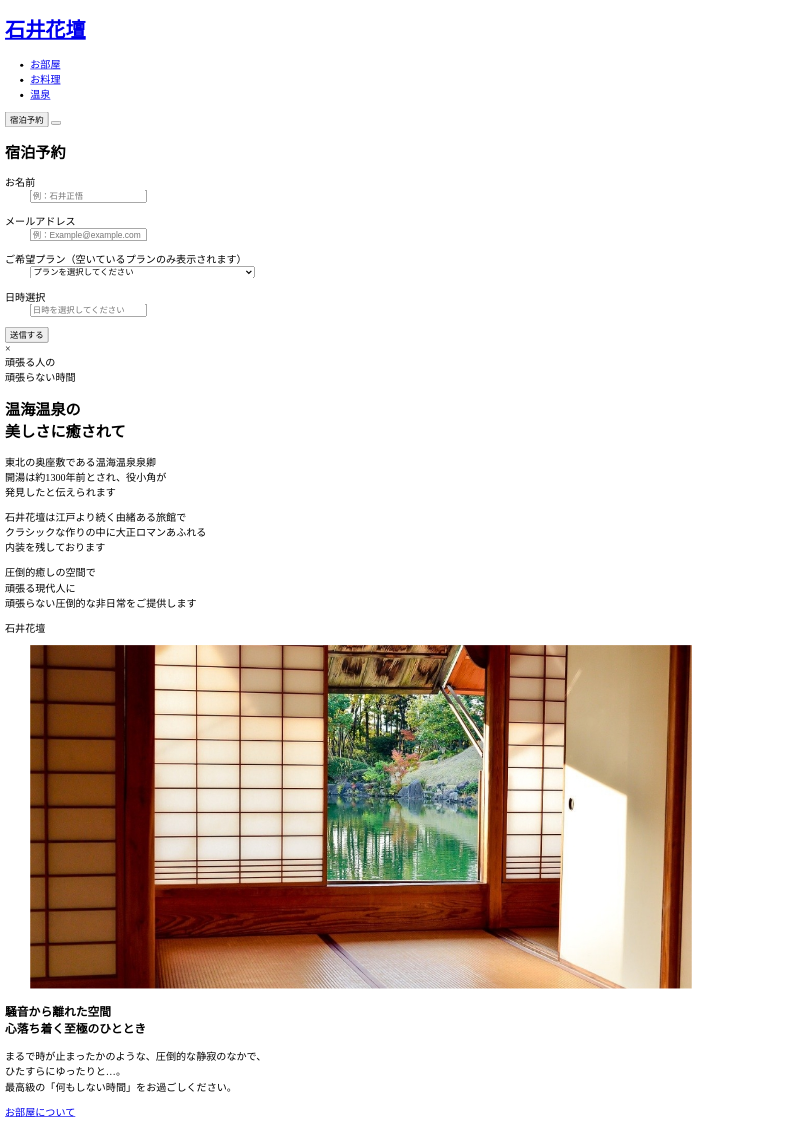
Repository: yuukiyokoyama/compex1
Page: index.html
The author's editor kept a copy of each file at every save. The page is drawn from the files as they stood at one save, then again after the next save.
The browser window is 1280 px wide. The pictures show the whole page, at 63% of full size.

Above is the page before, as saved 2021-09-17 00:06:53.

### index.html
<!DOCTYPE html>
<html lang="ja">
  <head>
    <meta charset="UTF-8" />
    <meta http-equiv="X-UA-Compatible" content="IE=edge" />
    <meta name="viewport" content="width=device-width, initial-scale=1.0" />
    <title>Document</title>
  </head>
  <body data-aos-easing="ease" data-aos-duration="400" data-aos-delay="0">
    <div id="fv">
      <div class="fv__img" style="background-image: url(images/mainbg01.jpg)"></div>
      <div class="fv__img" style="background-image: url(images/mainbg02.jpg)"></div>
      <div class="fv__img" style="background-image: url(images/mainbg03.jpg)"></div>

      <header>
        <div class="header__inner">
          <div class="header__inner--left">
            <h1 class="header_site-title">
              <a href="#">石井花壇</a>
            </h1>
            <div class="header__menu">
              <nav>
                <ul class="header__list">
                  <li class="header__list-item">
                    <a href="room.html">お部屋</a>
                  </li>
                  <li class="header__list-item">
                    <a href="cuisine.html">お料理</a>
                  </li>
                  <li class="header__list-item">
                    <a href="hot-spring.html">温泉</a>
                  </li>
                </ul>
              </nav>
            </div>
            <!-- header__menu -->
          </div>
          <!-- header__inner--left -->
          <div class="header__inner--right">
            <button class="header__reservation">宿泊予約</button>
            <button class="burger_btn">
              <span class="bars">
                <span class="bar bar_top"></span>
                <span class="bar baar_mid"></span>
                <span class="bar bar_bottom"></span>
              </span>
            </button>
          </div>
          <!-- header__inner--right -->
          <!-- モーダルエリアここから -->
          <section id="modalArea" class="modalArea">
            <div id="modalBg" class="modalBg"></div>
            <div class="modalWrapper">
              <form class="modalContents">
                <h2 class="modalAria__title">宿泊予約</h2>
                <dl class="form__body">
                  <dt>
                    <label for="name">お名前</label>
                  </dt>
                  <dd class="form_text">
                    <input type="text" name="name" id="name" placeholder="例：石井正悟" />
                  </dd>
                </dl>
                <dl class="form__body">
                  <dt><label for="mail-address"></label> メールアドレス</dt>
                  <dd class="form_text">
                    <input
                      type="text"
                      name="mail-address"
                      id="mail-address"
                      placeholder="例：Example@example.com"
                    />
                  </dd>
                </dl>
                <dl class="form__body">
                  <dt>
                    <label for="desired-plan"
                      >ご希望プラン（空いているプランのみ表示されます）</label
                    >
                  </dt>
                  <dd class="form__text">
                    <select name="desired-plan" id="desired-plan">
                      <option value="hidden">プランを選択してください</option>
                      <option value="limited-time">
                        【期間限定】海辺の四季旬彩、贅沢美味懐石プラン
                      </option>
                      <option value="weekday-plan">平日に優雅に楽しむ、特別宿泊プラン</option>
                      <option value="family-plan">
                        絶景貸切露天と個室会席を満喫できるファミリープラン
                      </option>
                    </select>
                  </dd>
                </dl>
                <dl class="form__body">
                  <dt><label for="date-select">日時選択</label></dt>
                  <dd class="form__text">
                    <input
                      type="text"
                      class="flatpickr flatpickr-input"
                      placeholder="日時を選択してください"
                      readonly="readonly"
                    />
                  </dd>
                </dl>
                <input type="submit" class="form__submit-btn" value="送信する" />
                <div id="closeModal" class="closeModal">×</div>
              </form>
            </div>
          </section>
        </div>
        <!-- header__inner -->
      </header>
      <div class="copy">頑張る人の<br />頑張らない時間</div>
    </div>
    <!-- fv -->
    <main>
      <article>
        <section class="preface">
          <div class="section__wrapper">
            <div
              class="preface__body aos-init aos-animate"
              data-aos="fade-up"
              data-aos-duration="2000"
            >
              <h2 class="preface_title">
                温海温泉の<br />
                美しさに癒されて<br />
              </h2>
              <p class="preface_text">
                東北の奥座敷である温海温泉泉卿<br />
                開湯は約1300年前とされ、役小角が<br />
                発見したと伝えられます
              </p>
              <p class="preface__text">
                石井花壇は江戸より続く由緒ある旅館で<br />
                クラシックな作りの中に大正ロマンあふれる<br />
                内装を残しております
              </p>
              <p class="preface_text">
                圧倒的癒しの空間で<br />
                頑張る現代人に<br />
                頑張らない圧倒的な非日常をご提供します
              </p>
              <p class="preface__name">石井花壇</p>
            </div>
            <!-- preface__body -->
          </div>
        </section>
        <section class="contents">
          <div class="contents__box">
            <figure
              class="contents__img-wrapper aos-init aos-animate"
              data-aos="fade-up"
              data-aos-duration="2000"
            >
              <img src="images/oheya-top.jpg" alt="お部屋" />
            </figure>
            <div
              class="contents__body aos-init aos-animate"
              data-aos="fade-up"
              data-aos-duration="2000"
            >
              <h3 class="contents__title">
                騒音から離れた空間<br />
                心落ち着く至極のひととき
              </h3>
              <p class="contents_text">
                まるで時が止まったかのような、圧倒的な静寂のなかで、<br />
                ひたすらにゆったりと…。<br />
                最高級の「何もしない時間」をお過ごしください。
              </p>
              <a class="coontents__btn" href="room.html">お部屋について</a>
            </div>
            <!-- contents__body -->
          </div>
          <!-- contents__box -->
          <div class="contents__box contents__reverse">
            <figure
              class="contents__img-wrapper--reverse aos-init aos-animate"
              data-aos="fade-up"
              data-duration="2000"
            ></figure>
          </div>
          <div class="contents__box"></div>
        </section>
        <section class="lodging-plan"></section>
        <section class="news"></section>
        <section class="access"></section>
      </article>
    </main>
  </body>
</html>

After the next save:
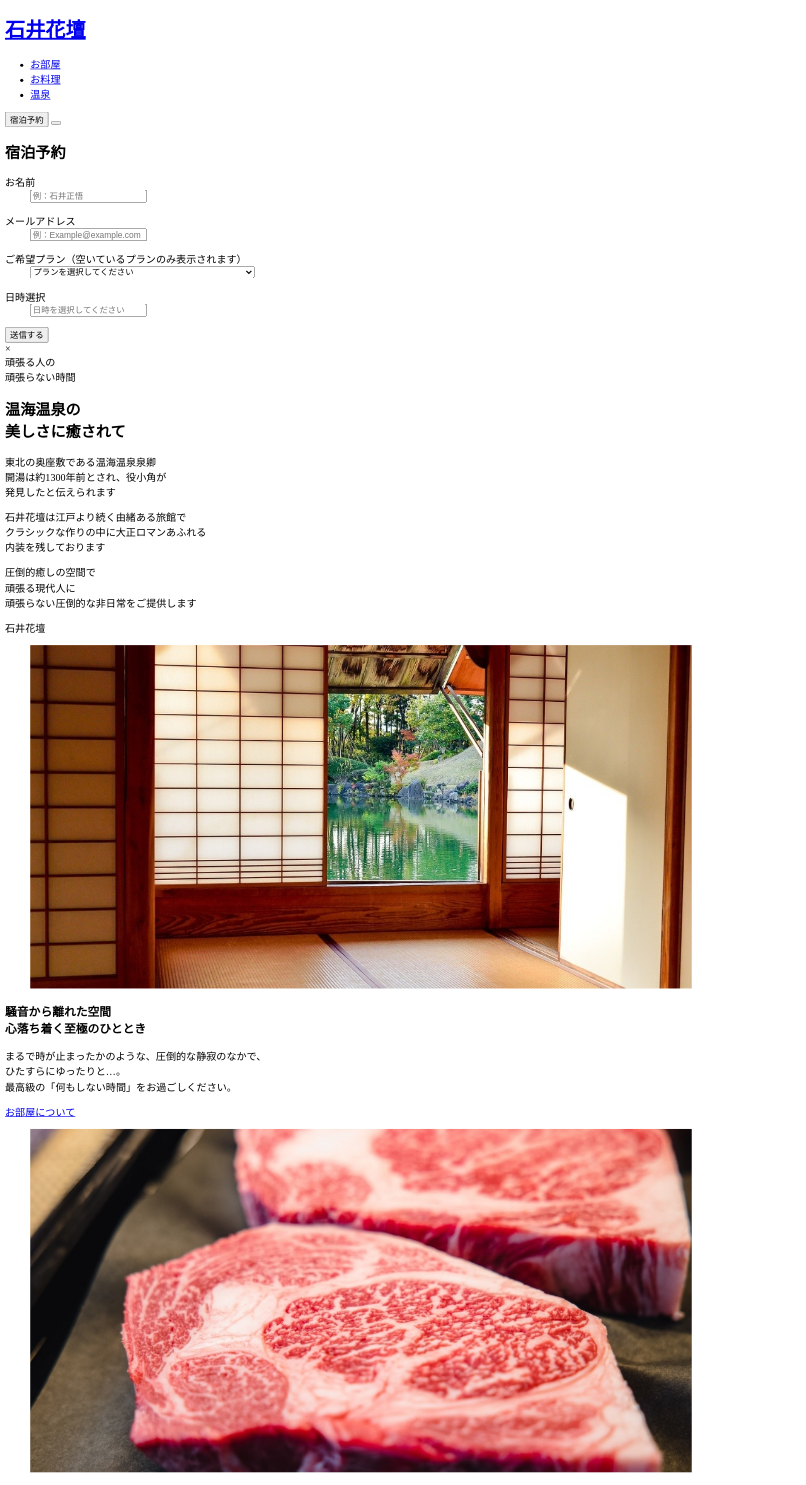
Saved 2 min 6 s later.
--- a/index.html
+++ b/index.html
@@ -179,7 +179,9 @@
               class="contents__img-wrapper--reverse aos-init aos-animate"
               data-aos="fade-up"
               data-duration="2000"
-            ></figure>
+            >
+              <img src="images/menu-top.jpg" alt="料理について" />
+            </figure>
           </div>
           <div class="contents__box"></div>
         </section>
